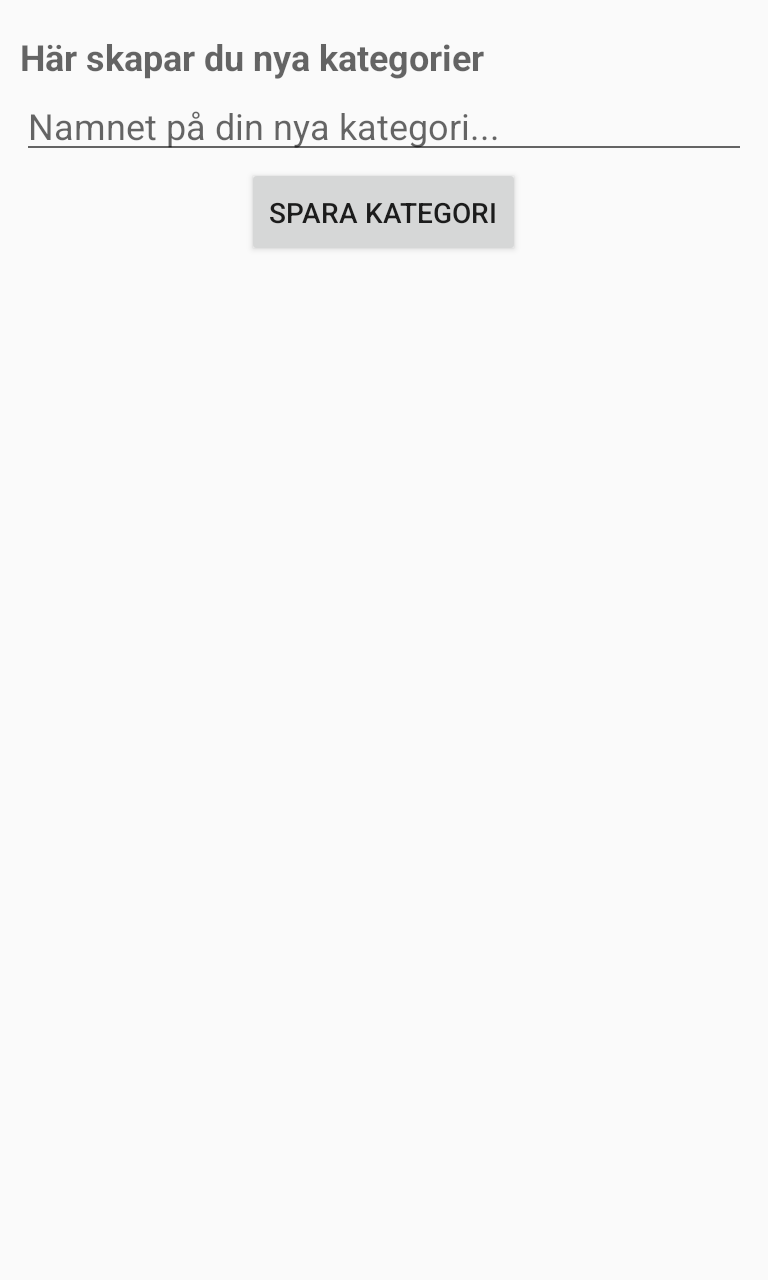
Repository: Dinova/Studiekoll
Layout: Studiekoll/Studiekoll/res/layout/fragment_category.xml
An editor plug-in stored every save of this project. The layout is shown before and after the next save, followed by the edit.
It is drawn on a 768 x 1280 px phone screen (xhdpi) without system bars, with theme AppTheme; the app's code is not run.

Above is the layout before, as saved 2014-05-20 11:12:36.

### Studiekoll/Studiekoll/res/layout/fragment_category.xml
<LinearLayout xmlns:android="http://schemas.android.com/apk/res/android"
    xmlns:tools="http://schemas.android.com/tools"
    android:layout_width="match_parent"
    android:layout_height="match_parent"
    android:orientation="vertical"
    android:paddingBottom="@dimen/activity_vertical_margin"
    android:paddingLeft="@dimen/activity_horizontal_margin"
    android:paddingRight="@dimen/activity_horizontal_margin"
    android:paddingTop="@dimen/activity_vertical_margin"
    tools:context="com.grupp8DAT255.studiekoll.CategoryActivity$PlaceholderFragment" >

    <TextView
        android:layout_width="wrap_content"
        android:layout_height="wrap_content"
        android:text="@string/category_help_message"
        android:textStyle="bold"
        android:textAppearance="?android:attr/textAppearanceMedium" />

    <EditText
        android:id="@+id/category_edit_text"
        android:layout_width="fill_parent"
        android:layout_height="wrap_content"
        android:hint="@string/category_hint"
        android:maxLength="15"
        android:maxLines="1"/>

    <Button
        android:layout_width="wrap_content"
        android:layout_height="wrap_content"
        android:layout_gravity="center_horizontal"
        android:text="@string/category_save_text"
        android:onClick="saveCategory" />"

</LinearLayout>

### Studiekoll/Studiekoll/res/values/strings.xml
<?xml version="1.0" encoding="utf-8"?>
<resources>

    <string name="app_name">Studiekoll</string>
    <string name="action_settings">Settings</string>
    <string name="edit_message">Insert number of hours</string>
    <string name="button_graphics">Graf</string>
    <string name="button_input">Inmatning</string>
    <string name="button_help">Hjälp</string>
    <string name="title_activity_help">Hjälp</string>
    <string name="help_text">        "Meny\n"
        "Här väljer du mellan tre funktioner enligt nedan\n\n"

        "Graf\n"
        "I denna vy kan du se dina studietimmar för vald period."
        "Använd dig av drop-down menyerna för att ställa in under"
        "vilken period du vill se studietimmarna redovisas."
        "Tryck sedan på "visa"-knappen för att visa antalet studietimmar.\n\n"

        "Inmatning\n"
        "Här matar du in den tid du lagt ned på dina studier. Du väljer"
        "timmar och minuter i snurran och datum med hjälp av drop-down"
        "menyerna. Tryck sedan på "lagra"-knappen för att spara inmatningen."
        "Det är möjligt att föra in tid flera gånger för samma datum.\n\n"

        "Hjälp\n"
        "Här får du som du ser hjälp att hantera appen."</string>
    <string name="title_activity_graph">Loggade timmar</string>
    <string name="message">Här ser du dina studietimmar för vald period</string>
    <string name="from_prompt">Från</string>
    <string name="to_prompt">Till</string>
    <string name="show_button_text">Visa</string>
    <string name="year_prompt">Välj år</string>
    <string name="month_prompt">Välj månad</string>
    <string name="day_prompt">Välj dag</string>
    <string name="title_activity_input">Inmatning</string>
    <string name="input_message">Här för du in studietid och datum</string>
    <string name="send_input_button">Lagra inmatad data</string>
    <string name="help_prompt">Behöver du hjälp?</string>
    <string name="ok_button_text">OK!</string>
    <string name="button_category">Kategorihantering</string>
    <string name="title_activity_category">Kategorihantering</string>
    <string name="category_help_message">Här skapar du nya kategorier</string>
    <string name="category_hint">Namnet på din nya kategori...</string>
    <string name="category_save_text">Spara kategori</string>
    <string name="category_spinner_prompt">Välj kategori</string>
    <string name="show_details_button_text">Detaljer</string>
    <string name="title_activity_details">Detaljer</string>
    <string name="category_prompt">Kategori</string>

</resources>

Loaded but not shown: Studiekoll/Studiekoll/res/values/styles.xml (common file); Studiekoll/Studiekoll/res/values-v11/styles.xml (common file); Studiekoll/Studiekoll/res/values-v14/styles.xml (common file); Studiekoll/Studiekoll/res/values/dimens.xml (common file); Studiekoll/Studiekoll/res/values-w820dp/dimens.xml (common file)

After the next save:
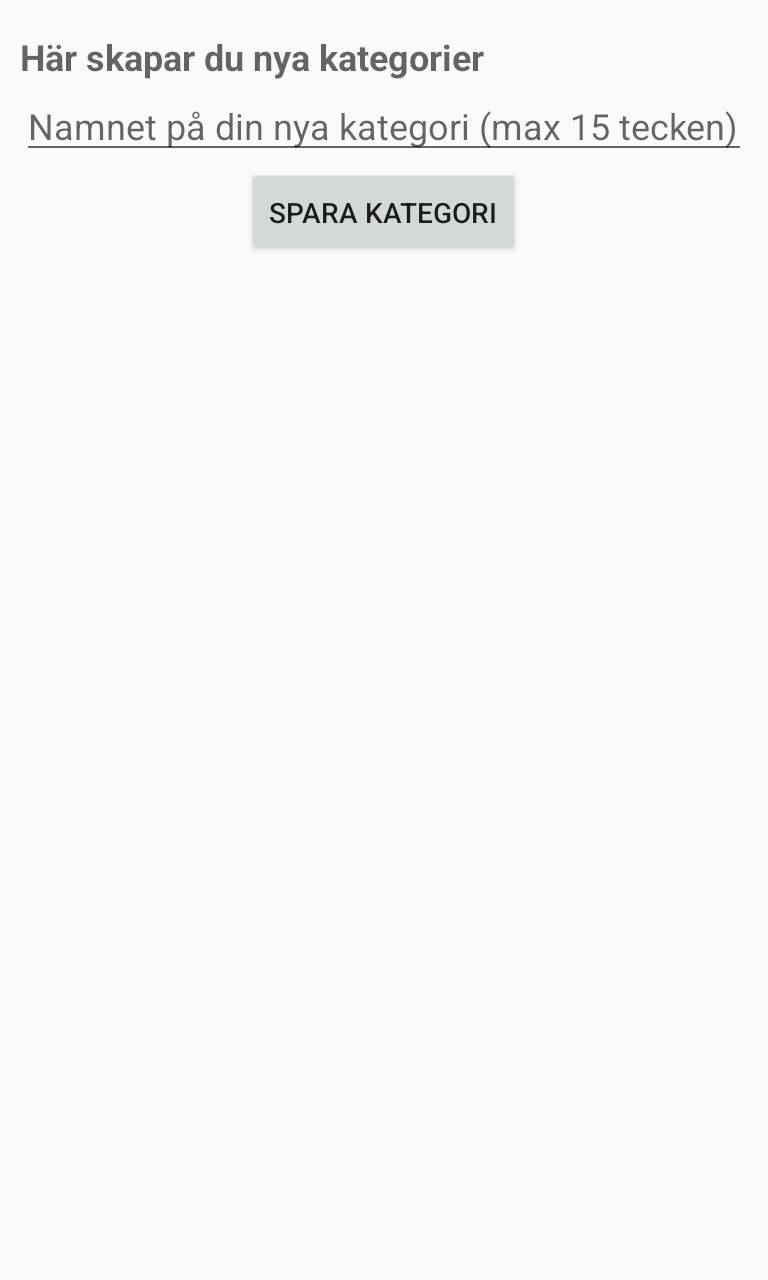
Saved 24 s later.
--- a/Studiekoll/Studiekoll/res/values/strings.xml
+++ b/Studiekoll/Studiekoll/res/values/strings.xml
@@ -41,7 +41,7 @@
     <string name="button_category">Kategorihantering</string>
     <string name="title_activity_category">Kategorihantering</string>
     <string name="category_help_message">Här skapar du nya kategorier</string>
-    <string name="category_hint">Namnet på din nya kategori...</string>
+    <string name="category_hint">Namnet på din nya kategori (max 15 tecken)</string>
     <string name="category_save_text">Spara kategori</string>
     <string name="category_spinner_prompt">Välj kategori</string>
     <string name="show_details_button_text">Detaljer</string>
